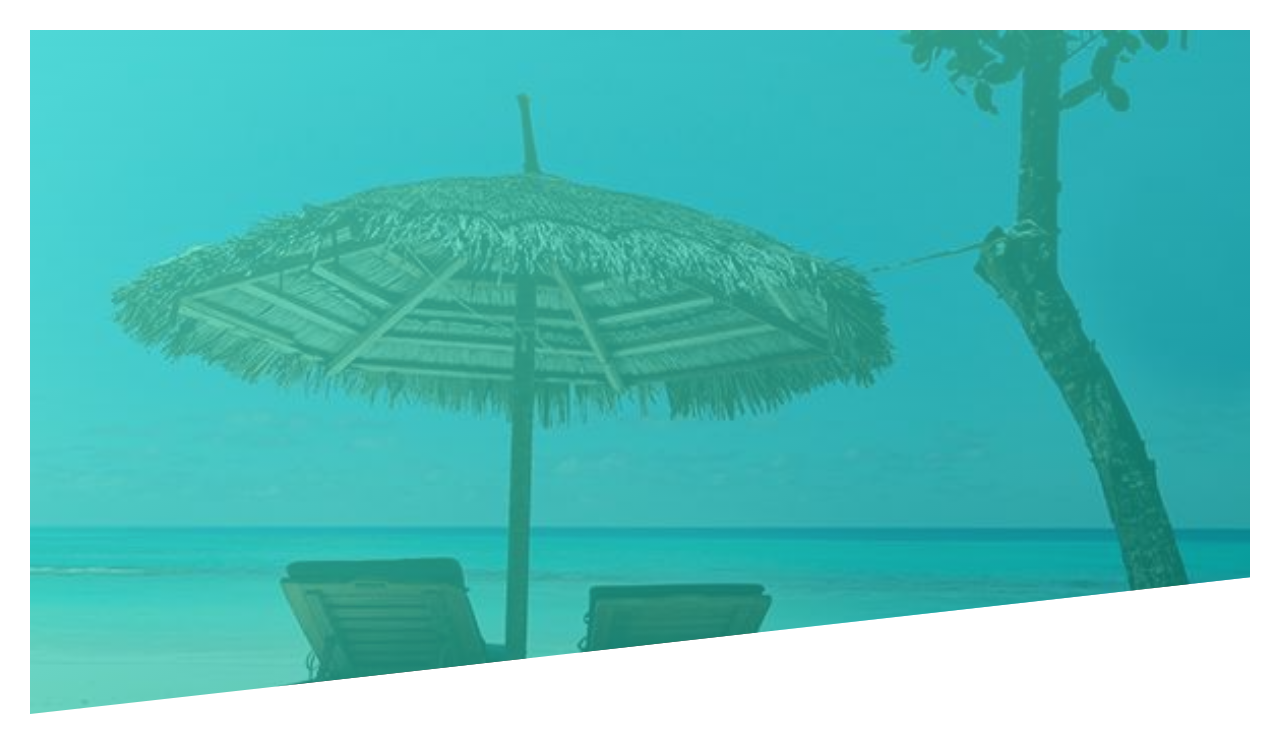
Repository: Azariagmt/tour-and-travel
Page: index.html
An editor plug-in stored every save of this project. The page is shown before and after a run of saves, followed by the edit.
The browser window is 1280 px wide. The pictures show the whole page.

Above is the page before, as saved 2020-03-24 16:46:15.

### index.html
<!DOCTYPE html>
<!--[if lt IE 7]>      <html class="no-js lt-ie9 lt-ie8 lt-ie7"> <![endif]-->
<!--[if IE 7]>         <html class="no-js lt-ie9 lt-ie8"> <![endif]-->
<!--[if IE 8]>         <html class="no-js lt-ie9"> <![endif]-->
<!--[if gt IE 8]><!--> <html class="no-js"> <!--<![endif]-->
    <head>
        <meta charset="utf-8">
        <meta http-equiv="X-UA-Compatible" content="IE=edge">
        <title></title>
        <meta name="description" content="">
        <meta name="viewport" content="width=device-width, initial-scale=1">
        <link href="https://fonts.googleapis.com/css?family=Lato&display=swap" rel="stylesheet">
        <link rel="stylesheet" href="css/style.css">
    </head>
    <body>
        <!--[if lt IE 7]>
            <p class="browsehappy">You are using an <strong>outdated</strong> browser. Please <a href="#">upgrade your browser</a> to improve your experience.</p>
        <![endif]-->
        <header class="header">
            <div class="logo-box">
                <img src="">
            </div>
        </header>
        <script src="" async defer></script>
    </body>
</html>

### css/style.css
* {
  margin: 0;
  padding: 0;
  box-sizing: border-box;
}

body {
  font-family: "Lato", sans-serif;
  font-weight: 400;
  font-size: 16px;
  line-height: 1.7;
  color: #777777;
  padding: 30px;
}

.header {
  height: 95vh;
  background-image: linear-gradient(to right bottom, #64ffdbb9, #00897bb9),
    url(../img/2.jpg);
  background-size: cover;
  background-position: top;
  clip-path: polygon(0 0, 100% 0, 100% 80%, 0% 100%);
}

After the next 2 saves:
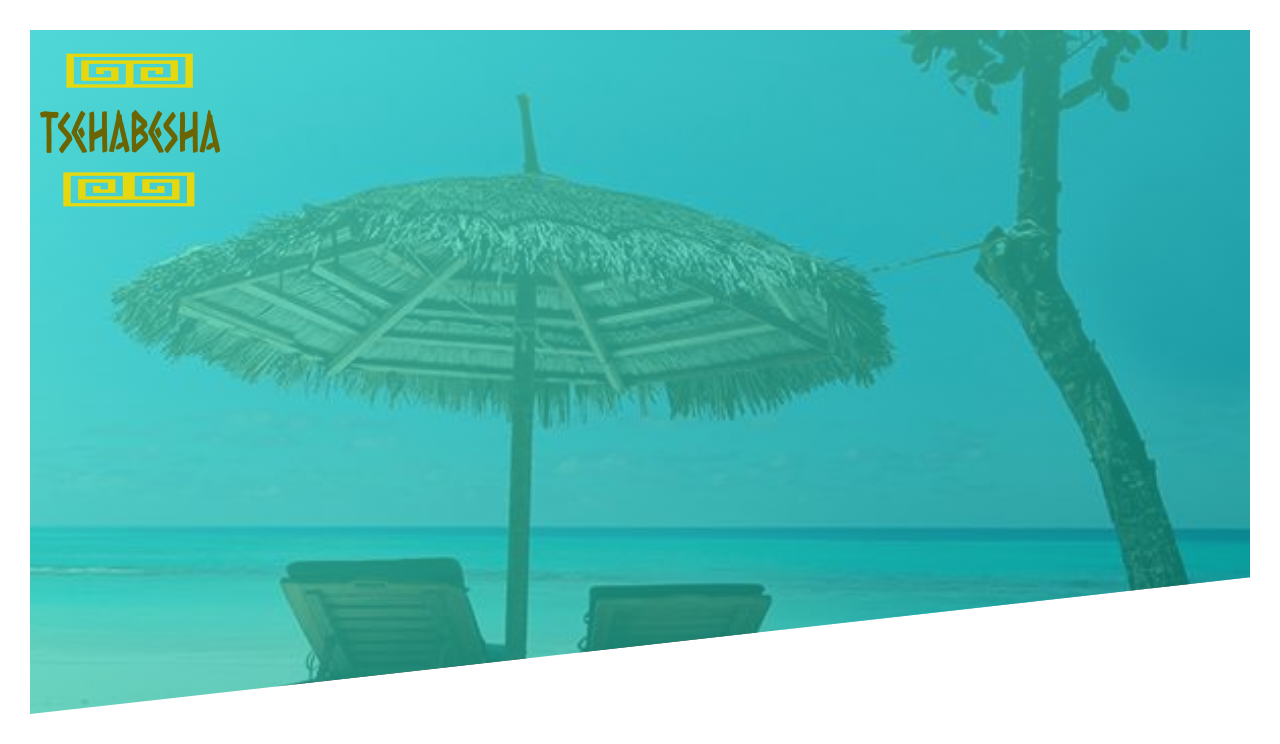
The 2 saves are shown as one change because they came seconds apart.
The last was saved 61 s later.
--- a/index.html
+++ b/index.html
@@ -18,7 +18,7 @@
         <![endif]-->
         <header class="header">
             <div class="logo-box">
-                <img src="">
+                <img src="img/tsehabesha-logo.png">
             </div>
         </header>
         <script src="" async defer></script>
